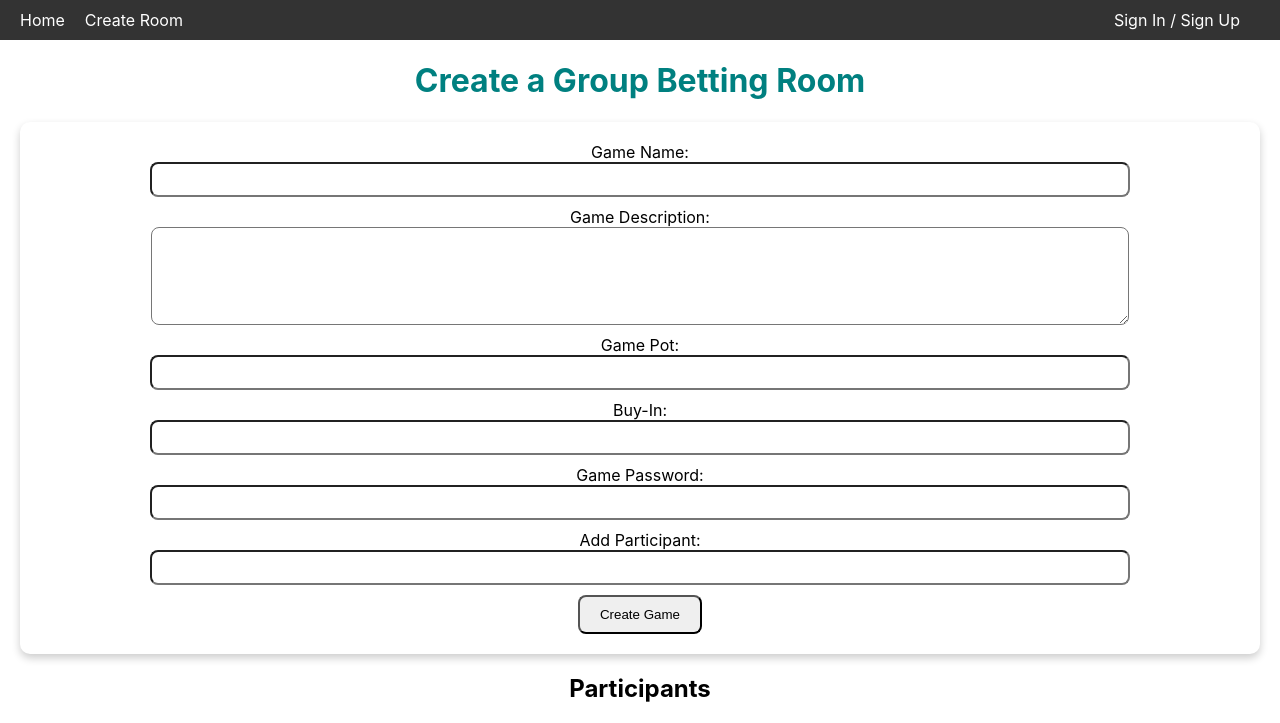
Repository: cis350/team_14_cis_3500_project_repo
Page: /create-room (app in frontend/shakeonit/)
The author's editor kept a copy of each file at every save. The page is drawn from the files as they stood at one save, then again after the next save.
The browser window is 1280 px wide. The pictures show the whole page.
The project was rebuilt for these pictures with package versions that can differ from the ones it lists, and the page was loaded fresh each time. Also part of the build but not shown: frontend/shakeonit/src/Landing.js, frontend/shakeonit/src/EventCard.js, frontend/shakeonit/src/Home.js, frontend/shakeonit/src/JoinBettingRoom.js, frontend/shakeonit/src/BettingRoom.js.

Above is the page before, as saved 2024-05-14 19:10:10.

After the next save:
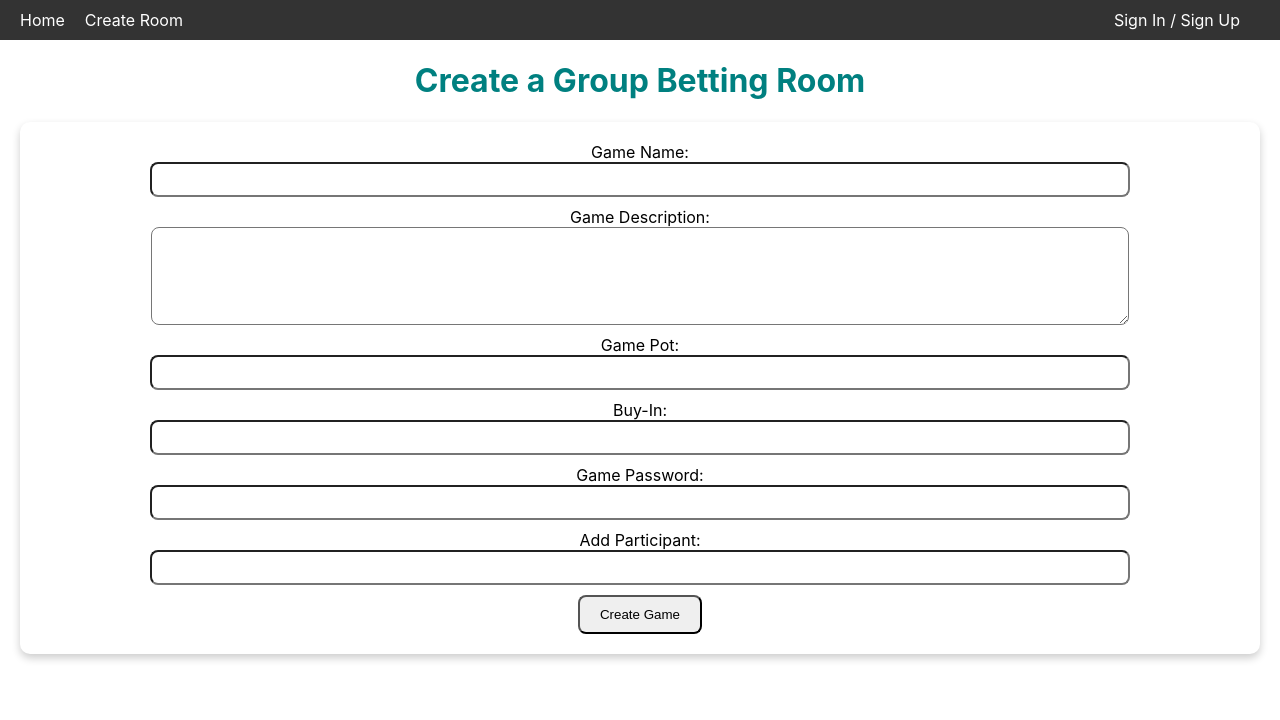
Saved 101 s later.
--- a/frontend/shakeonit/src/CreateBettingRoom.js
+++ b/frontend/shakeonit/src/CreateBettingRoom.js
@@ -139,15 +139,7 @@ function CreateBettingRoom() {
                 </form>
             </div>
 
-            <h2>Participants</h2>
-            <div style={{ display: 'grid', gridTemplateColumns: 'repeat(3, 1fr)', gap: '10px' }}>
-                {participants.map((participant, index) => (
-                    <div key={index} style={{ padding: '10px', border: '1px solid black', borderRadius: '5px', textAlign: 'center' }}>
-                        <img src={participant.img} alt="Participant" style={{ width: '50px', height: '50px', borderRadius: '50%' }} />
-                        <div>{participant.name}</div>
-                    </div>
-                ))}
-            </div>
+
         </div>
     );
 }
